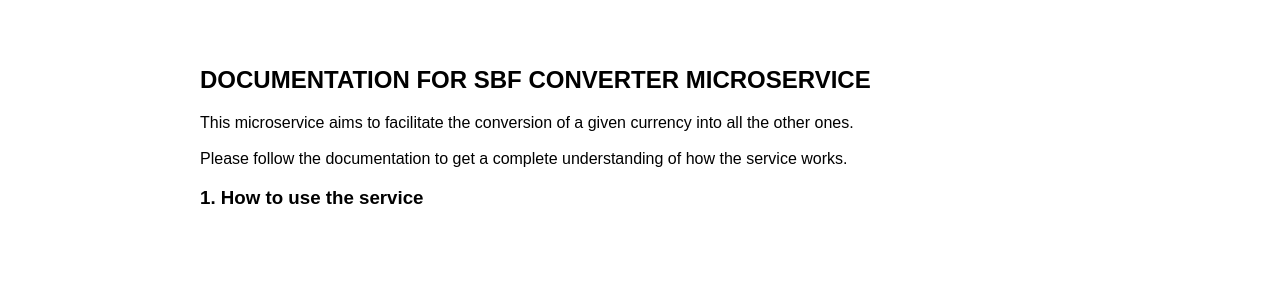
Repository: miguelamello/nestjs-restful-api
Page: documentation.html
An editor plug-in stored every save of this project. The page is shown before and after the next save, followed by the edit.
The browser window is 1280 px wide. The pictures show the whole page.

Above is the page before, as saved 2023-03-21 21:57:20.

After the next save:
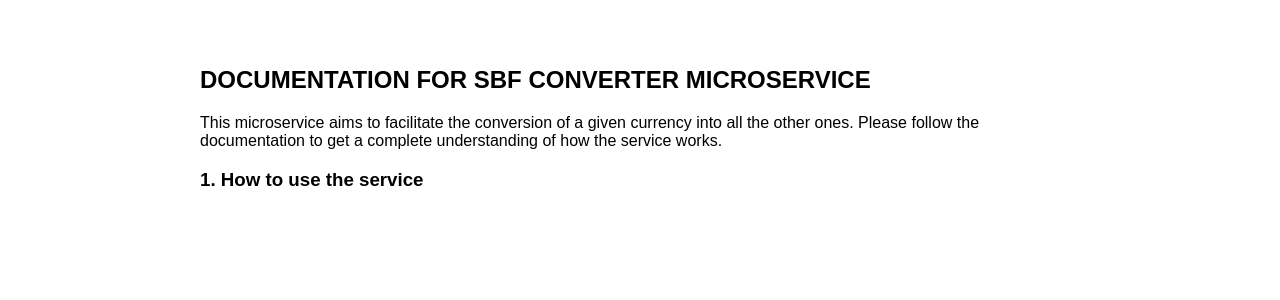
Saved 43 s later.
--- a/documentation.html
+++ b/documentation.html
@@ -15,7 +15,7 @@
 <body>
   <h2>DOCUMENTATION FOR SBF CONVERTER MICROSERVICE</h2>
   <p>This microservice aims to facilitate the conversion of a given currency
-    into all the other ones. <br><br>Please follow the documentation to get a complete
+    into all the other ones. Please follow the documentation to get a complete
   understanding of how the service works. </p>
 
   <h3>1. How to use the service</h3>
